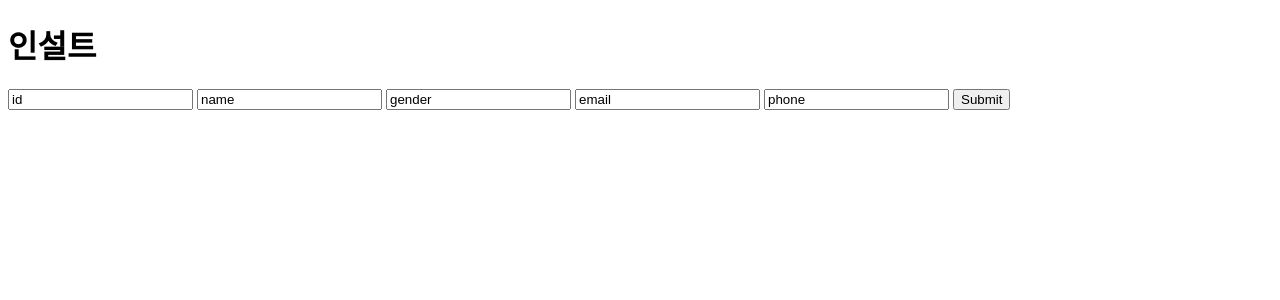
Repository: Kimgigon123123/JspServlet
Page: http://localhost/05.Mybatis/customer/insert.jsp
These files come from the project's save history. The page is drawn as it stood at one moment and after the next save; the edit follows.
The browser window is 1280 px wide. The pictures show the whole page.
The page is served by Tomcat 9. Other server files are loaded and not shown.

Above is the page before, as saved 2023-05-25 03:43:03.

### WorkSpace/05.Mybatis/src/main/webapp/customer/insert.jsp
<%@ page language="java" contentType="text/html; charset=UTF-8"
    pageEncoding="UTF-8"%>
<!DOCTYPE html>
<html>
<head>
<meta charset="UTF-8">
<title>Insert title here</title>
</head>
<body>
	<h1>인설트</h1>
	<form action="insert2.cu">
	<input type="text" name="id" value="id">
	<input type="text" name="name" value="name">
	<input type="text" name="gender" value="gender">
	<input type="text" name="email" value="email">
	<input type="text" name="phone" value="phone">
	<input type="submit">
	</form>
</body>
</html>

After the next save:
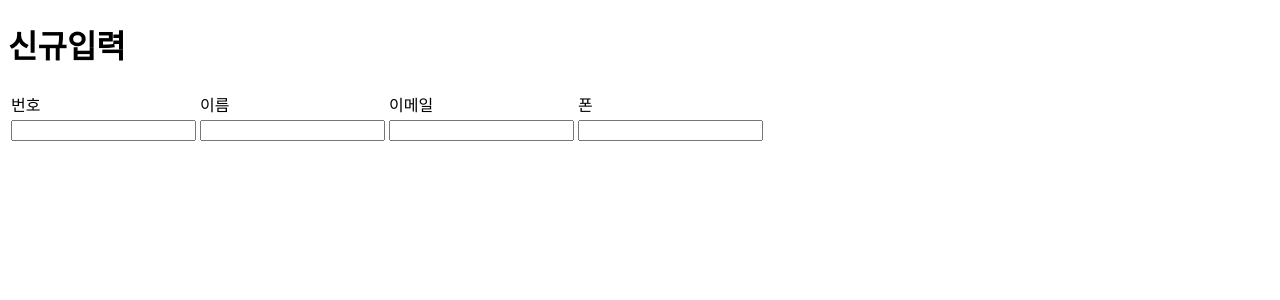
Saved 4 min 0 s later.
--- a/WorkSpace/05.Mybatis/src/main/webapp/customer/insert.jsp
+++ b/WorkSpace/05.Mybatis/src/main/webapp/customer/insert.jsp
@@ -7,14 +7,22 @@
 <title>Insert title here</title>
 </head>
 <body>
-	<h1>인설트</h1>
-	<form action="insert2.cu">
-	<input type="text" name="id" value="id">
-	<input type="text" name="name" value="name">
-	<input type="text" name="gender" value="gender">
-	<input type="text" name="email" value="email">
-	<input type="text" name="phone" value="phone">
-	<input type="submit">
-	</form>
+	<h1>신규입력</h1>
+	<table>
+		<tr>
+			<td>번호</td>
+			<td>이름</td>
+			<td>이메일</td>
+			<td>폰</td>
+
+		</tr>
+		<tr>
+			<td><input type="text" name="id" placehoder="번호"></td>
+			<td><input type="text" name="name" placehoder="이름"></td>
+			<td><input type="text" name="emil" placehoder="이메일"></td>
+			<td><input type="text" name="phone" placehoder="핸드폰"></td>
+		</tr>
+
+	</table>
 </body>
 </html>
